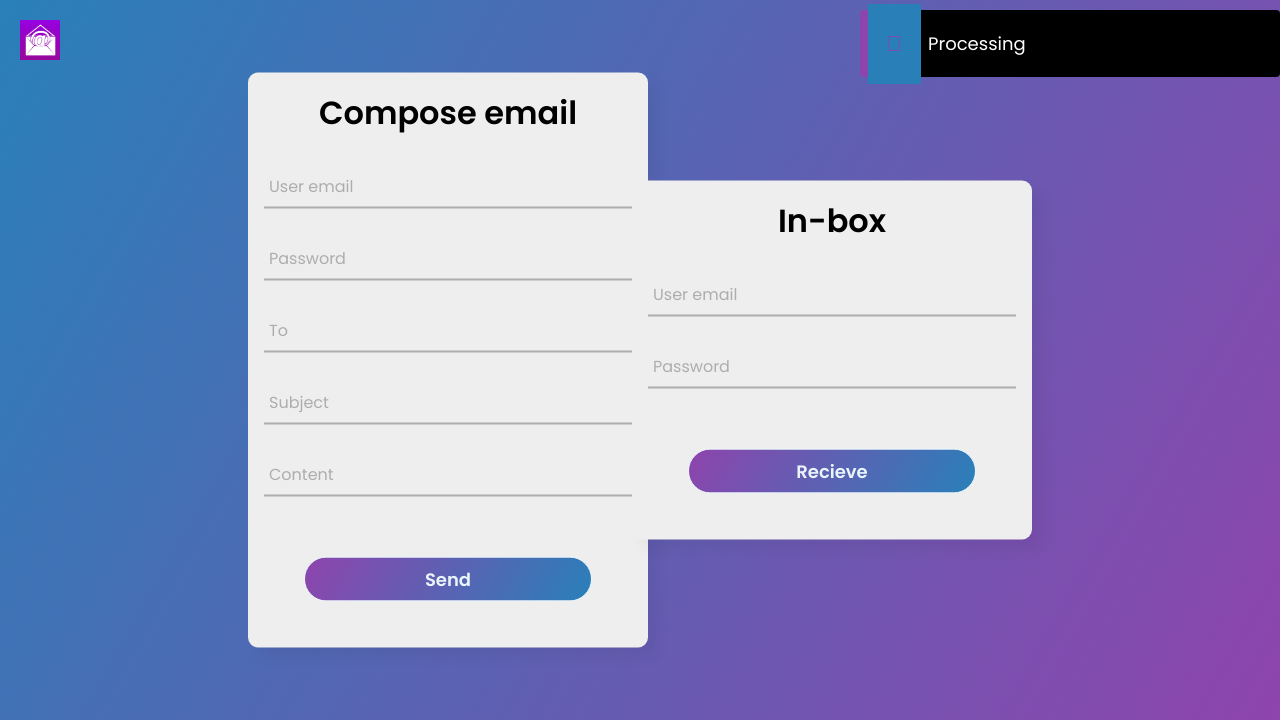
Repository: 20PW01-Abishek/Mail-EZ-in-JAVA
Page: Java package/javapackage/src/main/webapp/index.html
The author's editor kept a copy of each file at every save. The page is drawn from the files as they stood at one save, then again after the next save.
The browser window is 1280 px wide. The pictures show the whole page.

Above is the page before, as saved 2022-11-07 15:04:49.
Console error: ReferenceError: $ is not defined

### Java package/javapackage/src/main/webapp/index.html
<!DOCTYPE html>
<html>
<head>
<meta charset="ISO-8859-1">
<link rel="stylesheet" href="style1.css">
<link rel="icon" type="image/x-icon" href="logo.png">
<link rel="stylesheet" href="https://cdnjs.cloudflare.com/ajax/libs/font-awesome/4.7.0/css/font-awesome.min.css">
<title>email-compose</title>
</head>
<body>
	<a href=""><img style="margin: 20px;height: 40px;width: 40px;" src="logo.png"></a>
	<div class="alert">
		<span class="fas fa-exclamation-circle"></span>
		<span class="msg">Processing</span>
		<div class="close-btn">
			<span class="fas fa-times"></span>
		</div>
	</div>
	<div class="parent">
		<div class="center1">
	      <h1>Compose email</h1>
	      <form action="compose" method="post" id="send">
	        <div class="txt_field">
	          <input type="text" name="from_email" required>
	          <span></span>
	          <label>User email</label>
	        </div>
	        <div class="txt_field">
	          <input type="password" name="from_password" required>
	          <span></span>
	          <label>Password</label>
	        </div>
	        <div class="txt_field">
	          <input type="text" name="to_email" required>
	          <span></span>
	          <label>To</label>
	        </div>
	        <div class="txt_field">
	          <input type="text" name="subject" required>
	          <span></span>
	          <label>Subject</label>
	        </div>
	        <div class="txt_field">
	          <input type="text" name="content" required>
	          <span></span>
	          <label>Content</label>
	        </div>
	        <input type="submit" value="Send">
	      </form>
		</div>
		<div class="center2">
			<h1>In-box</h1>
	      	<form action="recieve" method="post" id="recieve">
	        	<div class="txt_field">
	          		<input type="text" name="from_email" required>
	          		<span></span>
	          		<label>User email</label>
	        	</div>
	        	<div class="txt_field">
		          <input type="password" name="from_password" required>
		          <span></span>
		          <label>Password</label>
	        	</div>
	      		<input type="submit" value="Recieve">
	      </form>
	    </div>
    </div>
    <script>
         $('button').click(function(){
           $('.alert').addClass("show");
           $('.alert').removeClass("hide");
           $('.alert').addClass("showAlert");
           setTimeout(function(){
             $('.alert').removeClass("show");
             $('.alert').addClass("hide");
           },5000);
         });
         $('.close-btn').click(function(){
           $('.alert').removeClass("show");
           $('.alert').addClass("hide");
         });
      </script>
</body>
</html>

### Java package/javapackage/src/main/webapp/style1.css
@import url('https://fonts.googleapis.com/css2?family=Noto+Sans:wght@700&family=Poppins:wght@400;500;600&display=swap');
*{
  margin: 0;
  padding: 0;
  box-sizing: border-box;
  font-family: "Poppins", sans-serif;
}
body{
  margin: 0;
  padding: 0;
  background: linear-gradient(120deg,#2980b9, #8e44ad);
  height: 100vh;
  overflow: hidden;
}

.alert {
	background: black;
	padding: 20px 40px;
	min-width: 420px;
	position: absolute;
	right: 0px;
	top: 10px;
	border-radius: 4px;
	border-left: 8px solid #8e44ad;
}

.alert .fa-exclamation-circle{
	position: absolute;
	left: 20px;
	top: 50%;
	transform: translateY(-50%);
	color: #8e44ad;
	font-size: 30px;
}

.alert .msg {
	padding: 0 20px;
	font-size: 18px;
	color: white;
}

.alert .close-btn {
	position: absolute;
	left: 0px;
	top: 50%;
	transform: translateY(-50%);
	background: #2980b9;
	padding: 20px 18px;
}

.close-btn .fa-times{
	color: #8e44ad;
	font-size: 22px;
	line-height: 40px;
}

.parent{
	text-align: center;
}

.center1{
  padding: 1rem 1rem;
  vertical-align: middle;
  position: absolute;
  top: 50%;
  left: 35%;
  transform: translate(-50%, -50%);
  width: 400px;
  background: #eee;
  border-radius: 10px;
  box-shadow: 10px 10px 15px rgba(0,0,0,0.05);
}

.center2{
  padding: 1rem 1rem;
  vertical-align: middle;
  position: absolute;
  top: 50%;
  left: 65%;
  transform: translate(-50%, -50%);
  width: 400px;
  background: #eee;
  border-radius: 10px;
  box-shadow: 10px 10px 15px rgba(0,0,0,0.05);
}

.center h1{
  text-align: center;
  padding: 20px 0;
  border-bottom: 1px solid silver;
}
.center form{
  padding: 0 40px;
  box-sizing: border-box;
}
form .txt_field{
  position: relative;
  border-bottom: 2px solid #adadad;
  margin: 30px 0;
}
.txt_field input{
  width: 100%;
  padding: 0 5px;
  height: 40px;
  font-size: 16px;
  border: none;
  background: none;
  outline: none;
}
.txt_field label{
  position: absolute;
  top: 50%;
  left: 5px;
  color: #adadad;
  transform: translateY(-50%);
  font-size: 16px;
  pointer-events: none;
  transition: .5s;
}
.txt_field span::before{
  content: '';
  position: absolute;
  top: 40px;
  left: 0;
  width: 0%;
  height: 2px;
  background: #2691d9;
  transition: .5s;
}
.txt_field input:focus ~ label,
.txt_field input:valid ~ label{
  top: -5px;
  color: #2691d9;
}
.txt_field input:focus ~ span::before,
.txt_field input:valid ~ span::before{
  width: 100%;
}

input[type="submit"]{
  width: 78%;
  height: 45px;
  border: 1px solid;
  background: linear-gradient(120deg,#8e44ad, #2980b9);
  border-radius: 25px;
  font-size: 18px;
  color: #e9f4fb;
  font-weight: 700;
  cursor: pointer;
  outline: none;
  margin: 30px;
}
input[type="submit"]:hover{
  border-width: medium;
  border-color: #2980b9;
  transition: 1s;
}

After the next save:
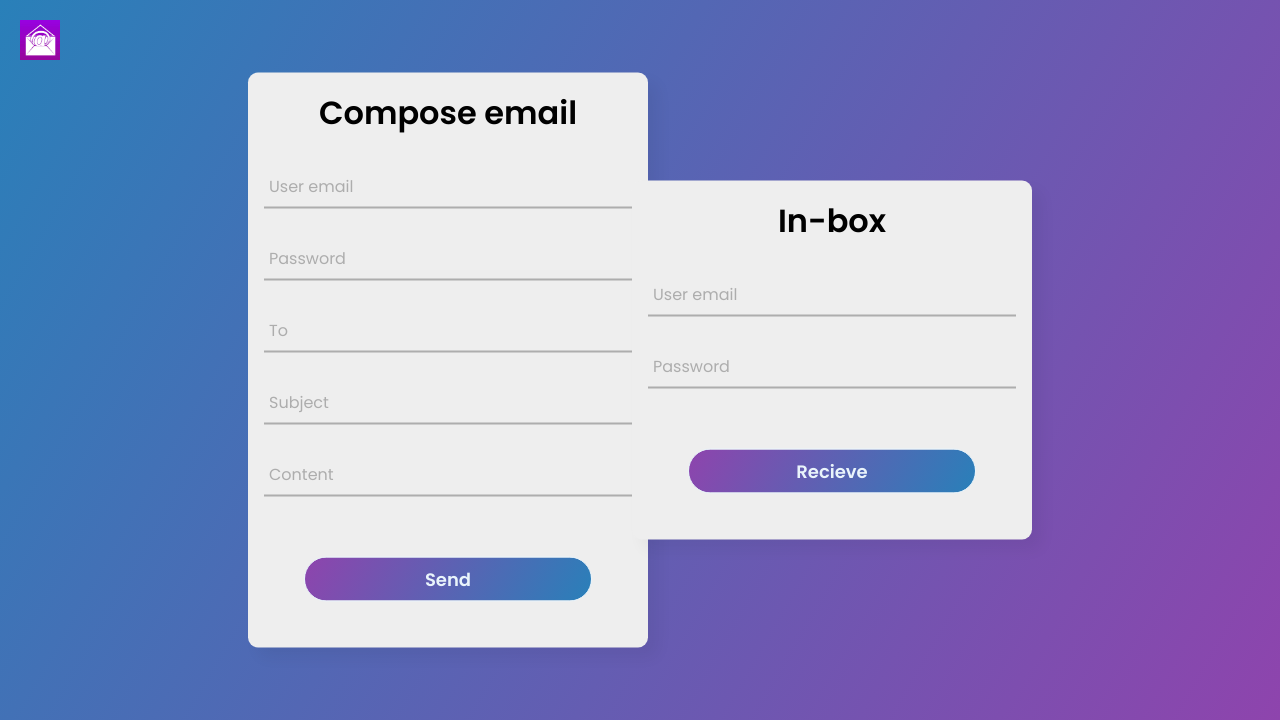
Saved 65 s later.
--- a/Java package/javapackage/src/main/webapp/style1.css
+++ b/Java package/javapackage/src/main/webapp/style1.css
@@ -13,46 +13,89 @@ body{
   overflow: hidden;
 }
 
-.alert {
-	background: black;
-	padding: 20px 40px;
-	min-width: 420px;
-	position: absolute;
-	right: 0px;
-	top: 10px;
-	border-radius: 4px;
-	border-left: 8px solid #8e44ad;
-}
-
+
+.alert{
+  background: #ffdb9b;
+  padding: 20px 40px;
+  min-width: 420px;
+  position: absolute;
+  right: 0;
+  top: 10px;
+  border-radius: 4px;
+  border-left: 8px solid #ffa502;
+  overflow: hidden;
+  opacity: 0;
+  pointer-events: none;
+}
+.alert.showAlert{
+  opacity: 1;
+  pointer-events: auto;
+}
+.alert.show{
+  animation: show_slide 1s ease forwards;
+}
+@keyframes show_slide {
+  0%{
+    transform: translateX(100%);
+  }
+  40%{
+    transform: translateX(-10%);
+  }
+  80%{
+    transform: translateX(0%);
+  }
+  100%{
+    transform: translateX(-10px);
+  }
+}
+.alert.hide{
+  animation: hide_slide 1s ease forwards;
+}
+@keyframes hide_slide {
+  0%{
+    transform: translateX(-10px);
+  }
+  40%{
+    transform: translateX(0%);
+  }
+  80%{
+    transform: translateX(-10%);
+  }
+  100%{
+    transform: translateX(100%);
+  }
+}
 .alert .fa-exclamation-circle{
-	position: absolute;
-	left: 20px;
-	top: 50%;
-	transform: translateY(-50%);
-	color: #8e44ad;
-	font-size: 30px;
-}
-
-.alert .msg {
-	padding: 0 20px;
-	font-size: 18px;
-	color: white;
-}
-
-.alert .close-btn {
-	position: absolute;
-	left: 0px;
-	top: 50%;
-	transform: translateY(-50%);
-	background: #2980b9;
-	padding: 20px 18px;
-}
-
-.close-btn .fa-times{
-	color: #8e44ad;
-	font-size: 22px;
-	line-height: 40px;
-}
+  position: absolute;
+  left: 20px;
+  top: 50%;
+  transform: translateY(-50%);
+  color: #ce8500;
+  font-size: 30px;
+}
+.alert .msg{
+  padding: 0 20px;
+  font-size: 18px;
+  color: #ce8500;
+}
+.alert .close-btn{
+  position: absolute;
+  right: 0px;
+  top: 50%;
+  transform: translateY(-50%);
+  background: #ffd080;
+  padding: 20px 18px;
+  cursor: pointer;
+}
+.alert .close-btn:hover{
+  background: #ffc766;
+}
+.alert .close-btn .fas{
+  color: #ce8500;
+  font-size: 22px;
+  line-height: 40px;
+}
+
 
 .parent{
 	text-align: center;
